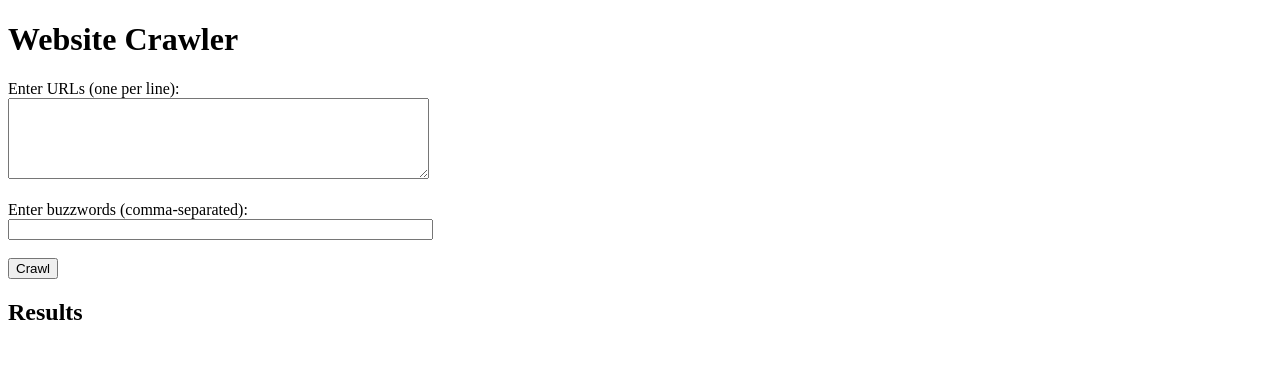
Repository: LubegaH/tenderwebscraper
Page: http://localhost/
The author's editor kept a copy of each file at every save. The page is drawn from the files as they stood at one save, then again after the next save.
The browser window is 1280 px wide. The pictures show the whole page.
The page is served by the project's application, run on Flask 3 (app.py). Other server files are loaded and not shown.

Above is the page before, as saved 2024-11-01 17:09:15.

### templates/index.html
<!-- templates/index.html - Frontend HTML -->
<!DOCTYPE html>
<html lang="en">
  <head>
    <meta charset="UTF-8" />
    <meta name="viewport" content="width=device-width, initial-scale=1.0" />
    <title>Website Crawler</title>
  </head>
  <body>
    <h1>Website Crawler</h1>
    <form id="crawler-form">
      <label for="urls">Enter URLs (one per line):</label><br />
      <textarea id="urls" name="urls" rows="5" cols="50"></textarea><br /><br />

      <label for="buzzwords">Enter buzzwords (comma-separated):</label><br />
      <input
        type="text"
        id="buzzwords"
        name="buzzwords"
        size="50"
      /><br /><br />

      <input type="submit" value="Crawl" />
    </form>

    <h2>Results</h2>
    <div id="results"></div>

    <!-- Updated JavaScript in index.html -->
    <script>
      document
        .getElementById('crawler-form')
        .addEventListener('submit', async function (e) {
          e.preventDefault();

          const urls = document
            .getElementById('urls')
            .value.split('\n')
            .map((url) => url.trim())
            .filter((url) => url.length > 0);
          const buzzwords = document
            .getElementById('buzzwords')
            .value.split(',')
            .map((word) => word.trim())
            .filter((word) => word.length > 0);

          const resultDiv = document.getElementById('results');
          resultDiv.innerHTML = '<p>Crawling... Please wait.</p>';

          try {
            const response = await fetch('/crawl', {
              method: 'POST',
              headers: {
                'Content-Type': 'application/json',
              },
              body: JSON.stringify({ urls, buzzwords }),
            });

            if (!response.ok) {
              throw new Error(`HTTP error! status: ${response.status}`);
            }

            const data = await response.json();
            displayResults(data);
          } catch (error) {
            resultDiv.innerHTML = `<p>Error: ${error.message}</p>`;
          }
        });

      function displayResults(data) {
        const resultDiv = document.getElementById('results');
        resultDiv.innerHTML = '';

        if (data.length === 0) {
          resultDiv.innerHTML = '<p>No results found.</p>';
          return;
        }

        data.forEach((result) => {
          const resultElement = document.createElement('div');
          resultElement.className = 'result-item';

          if (result.found && result.found.length > 0) {
            resultElement.innerHTML = `
                    <h3>Buzzwords found in ${result.url}:</h3>
                    <ul>${result.found
                      .map((word) => `<li>${word}</li>`)
                      .join('')}</ul>
                `;
          } else if (result.error) {
            resultElement.innerHTML = `<p class="error">Error crawling ${result.url}: ${result.error}</p>`;
          } else {
            resultElement.innerHTML = `<p>No buzzwords found in ${result.url}.</p>`;
          }

          resultDiv.appendChild(resultElement);
        });
      }
    </script>
  </body>
</html>

### app.py

# app.py - Backend using Flask
import os
from flask import Flask, render_template, request, jsonify
import requests
from bs4 import BeautifulSoup
import re

app = Flask(__name__)

# Function to scrape the URL and look for buzzwords
def scrape_url(url, buzzwords):
    try:
        response = requests.get(url, timeout=10)  # Added timeout to avoid long waits on unresponsive servers
        if response.status_code == 200:
            soup = BeautifulSoup(response.text, 'html.parser')
            text = soup.get_text(separator=' ')
            found_words = [word for word in buzzwords if re.search(r'\b' + re.escape(word) + r'\b', text, re.IGNORECASE)]
            if found_words:
                return {'url': url, 'found': found_words}
            else:
                return {'url': url, 'found': []}  # No buzzwords found
        else:
            return {'url': url, 'error': 'Unable to fetch the page.'}
    except requests.RequestException as e:
        return {'url': url, 'error': f"Error: {str(e)}"}

@app.route('/')
def index():
    return render_template('index.html')

@app.route('/crawl', methods=['POST'])
def crawl():
    data = request.get_json()
    urls = data.get('urls', [])
    buzzwords = data.get('buzzwords', [])

    # Ensure buzzwords are in a list format
    if isinstance(buzzwords, str):
        buzzwords = [word.strip() for word in buzzwords.split(',')]

    results = []
    for url in urls:
        result = scrape_url(url, buzzwords)
        results.append(result)
    return jsonify(results)

if __name__ == '__main__':
    port = int(os.environ.get('PORT', 5000))
    app.run(debug=True, port=port)




# app.py - Backend using Flask
# import os
# from flask import Flask, render_template, request, jsonify
# import requests
# from bs4 import BeautifulSoup
# import re

# app = Flask(__name__)

# # Function to scrape the URL and look for buzzwords
# def scrape_url(url, buzzwords):
#     try:
#         response = requests.get(url, timeout=10)
#         if response.status_code == 200:
#             soup = BeautifulSoup(response.text, 'html.parser')
#             text = soup.get_text(separator=' ')
#             found_words = []
#             for word in buzzwords:
#                 if re.search(r'\b' + re.escape(word) + r'\b', text, re.IGNORECASE):
#                     found_words.append(word)
#             return {'url': url, 'found': found_words}
#         else:
#             return {'url': url, 'error': 'Unable to fetch the page.'}
#     except requests.RequestException as e:
#         return {'url': url, 'error': str(e)}

# @app.route('/')
# def index():
#     return render_template('index.html')

# @app.route('/crawl', methods=['POST'])
# def crawl():
#     print("Received a request to /crawl")
#     data = request.get_json()
#     print(f"Received data: {data}")
#     urls = data.get('urls', [])
#     buzzwords = data.get('buzzwords', [])

#     # Handle both string and list inputs for buzzwords
#     if isinstance(buzzwords, str):
#         buzzwords = buzzwords.split(',')

#     results = []
#     for url in urls:
#         result = scrape_url(url, [word.strip() for word in buzzwords])
#         results.append(result)
#     return jsonify(results)

# if __name__ == '__main__':
#     port = int(os.environ.get('PORT', 5000))
#     # app.run(debug=False, host='0.0.0.0', port=port)
#     app.run(debug=True, port=port)

After the next save:
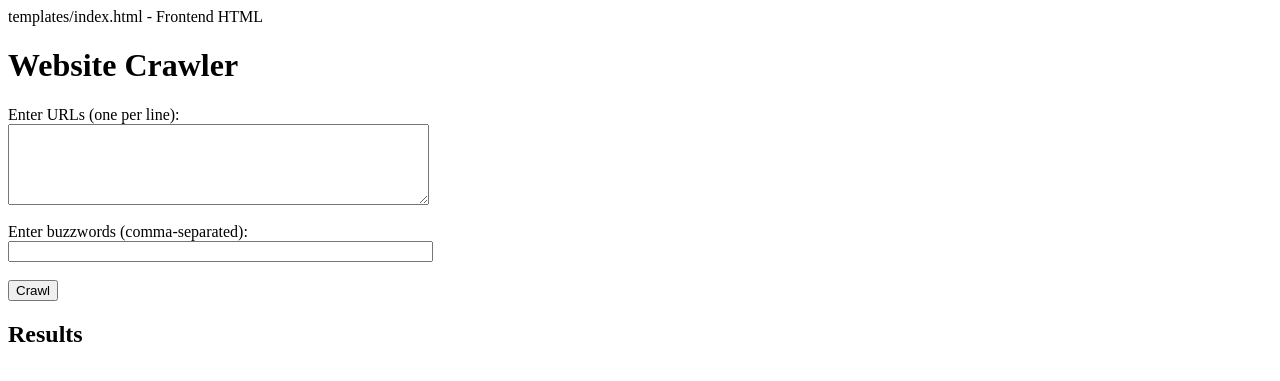
Saved 84 s later.
--- a/templates/index.html
+++ b/templates/index.html
@@ -1,4 +1,4 @@
-<!-- templates/index.html - Frontend HTML -->
+templates/index.html - Frontend HTML
 <!DOCTYPE html>
 <html lang="en">
   <head>
